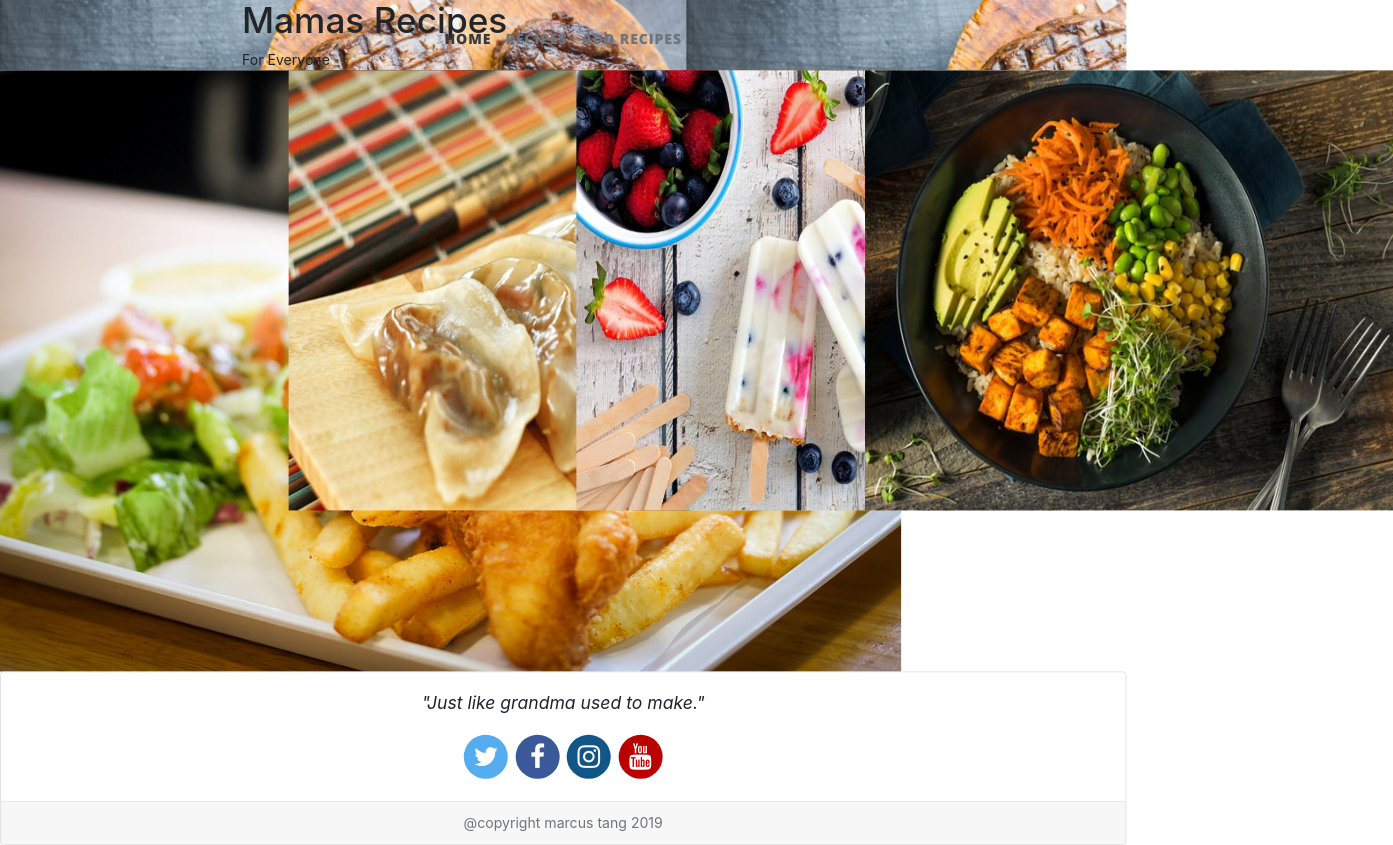
Repository: marstangg/mamasrecipes
Page: templates/index.html
The author's editor kept a record of every edit. The page is drawn from the files as they stood at one moment, then again after the next edit.
The browser window is 1280 px wide. The page is 1583 px wide, so the pictures cover 1583 px, including what lies to the right of the window. The pictures show the whole page, at 88% of full size.
Some web libraries are served in a nearby version. The template is drawn by Flask 3. The application's start-up code is not run. Other server files are loaded and not shown. The template is opened directly, without the code that normally fills it, so the values that code supplies are empty.

Above is the page before.

### templates/index.html
{% extends 'base.html' %}

{% block content %}
  <!--Page Header -->
  <header class="masthead" style="background-image: url('static/img/mamasrecipe.jpg')">
    <div class="overlay"></div>
    <div class="container">
      <div class="row">
        <div class="col-lg-8 col-md-10 mx-auto">
          <div class="site-heading">
            <h1>Mamas Recipes</h1>
            <span class="subheading">For Everyone</span>
          </div>
        </div>
      </div>
    </div>
  </header>
  <!--Listing-->
  <div class="row">
    <div class="col-3">
      <img src="static/img/western.jpg" alt="western"  height="auto">
    </div>
    <div class="col-3">
      <img src="static/img/gyoza.jpg" alt="asian" width="600" height="500">
    </div>
    <div class="col-3">
      <img src="static/img/dessert.jpg" alt="dessert"width="600" height="500">
    </div>
    <div class="col-3">
      <img src="static/img/vege.jpg" alt="veg"width="600" height="500">
    </div>
  </div>
{% endblock %}

### templates/base.html
<!doctype html>
<html lang="en">

<head>
  <!-- Required meta tags -->
  <meta charset="utf-8">
  <meta name="viewport" content="width=device-width, initial-scale=1, shrink-to-fit=no">

  <!-- Custom fonts for this template -->
  <link rel="stylesheet" href="https://cdnjs.cloudflare.com/ajax/libs/font-awesome/4.7.0/css/font-awesome.min.css">
  <link href='https://fonts.googleapis.com/css?family=Lora:400,700,400italic,700italic' rel='stylesheet' type='text/css'>
  <link href='https://fonts.googleapis.com/css?family=Open+Sans:300italic,400italic,600italic,700italic,800italic,400,300,600,700,800' rel='stylesheet' type='text/css'>

  <!-- Bootstrap CSS -->
  <link rel="stylesheet" href="https://maxcdn.bootstrapcdn.com/bootstrap/4.0.0/css/bootstrap.min.css" integrity="sha384-Gn5384xqQ1aoWXA+058RXPxPg6fy4IWvTNh0E263XmFcJlSAwiGgFAW/dAiS6JXm" crossorigin="anonymous">

  <!-- Custom styles for this template -->
  <link href="/static/css/style.css" rel="stylesheet">

  <title>Mama's Recipe | A portal for everyone to share their mama's recipes</title>
</head>

<body>
  <!-- Navigation -->
  <nav class="navbar navbar-expand-lg navbar-light fixed-top {% block navbg %} bg-transparent {% endblock %}" id="mainNav">
    <div class="container">

      <button class="navbar-toggler navbar-toggler-right text-white" type="button" data-toggle="collapse" data-target="#navbarResponsive" aria-controls="navbarResponsive" aria-expanded="false" aria-label="Toggle navigation">
        Menu
      </button> {% block navbrand %} {% endblock %}
      <div class="collapse navbar-collapse" id="navbarResponsive">
        <ul class="navbar-nav mx-auto mt-4">
          <a class="nav-item mx-2 {% block navhome %} text-dark {% endblock %}" href="{{url_for('index')}}"> Home </a>
          <a class="nav-item mx-2 {% block navrecipes %} text-secondary {% endblock %}" href="{{url_for('recipes')}}"> Recipes</a>
          <a class="nav-item mx-2 {% block navadd %} text-secondary {% endblock %}" href="{{url_for('recipe_add')}}"> Add Recipes</a>
        </ul>
      </div>
    </div>
  </nav>

  {% block content %} {% endblock %}

  <footer>
    <div class="card text-center">
      <div class="card-body">
        <!--<h5 class="card-title">""</h5>-->
        <blockquote class="blockquote">
          <p class="mb-0 font-italic">"Just like grandma used to make."</p>
        </blockquote>

        <div>
          <a href="#" class="fa fa-twitter"></a>
          <a href="#" class="fa fa-facebook"></a>
          <a href="#" class="fa fa-instagram"></a>
          <a href="#" class="fa fa-youtube"></a>
    </div>

      </div>
      <div class="card-footer text-muted">
        @copyright marcus tang 2019
      </div>
    </div>
  </footer>
  <!-- Optional JavaScript -->
  <!-- jQuery first, then Popper.js, then Bootstrap JS -->
  <script src="https://code.jquery.com/jquery-3.2.1.slim.min.js" integrity="sha384-KJ3o2DKtIkvYIK3UENzmM7KCkRr/rE9/Qpg6aAZGJwFDMVNA/GpGFF93hXpG5KkN" crossorigin="anonymous"></script>
  <script src="https://cdnjs.cloudflare.com/ajax/libs/popper.js/1.12.9/umd/popper.min.js" integrity="sha384-ApNbgh9B+Y1QKtv3Rn7W3mgPxhU9K/ScQsAP7hUibX39j7fakFPskvXusvfa0b4Q" crossorigin="anonymous"></script>
  <script src="https://maxcdn.bootstrapcdn.com/bootstrap/4.0.0/js/bootstrap.min.js" integrity="sha384-JZR6Spejh4U02d8jOt6vLEHfe/JQGiRRSQQxSfFWpi1MquVdAyjUar5+76PVCmYl" crossorigin="anonymous"></script>
</body>

</html>

Loaded but not shown: static/css/style.css (common file)

After the next edit:
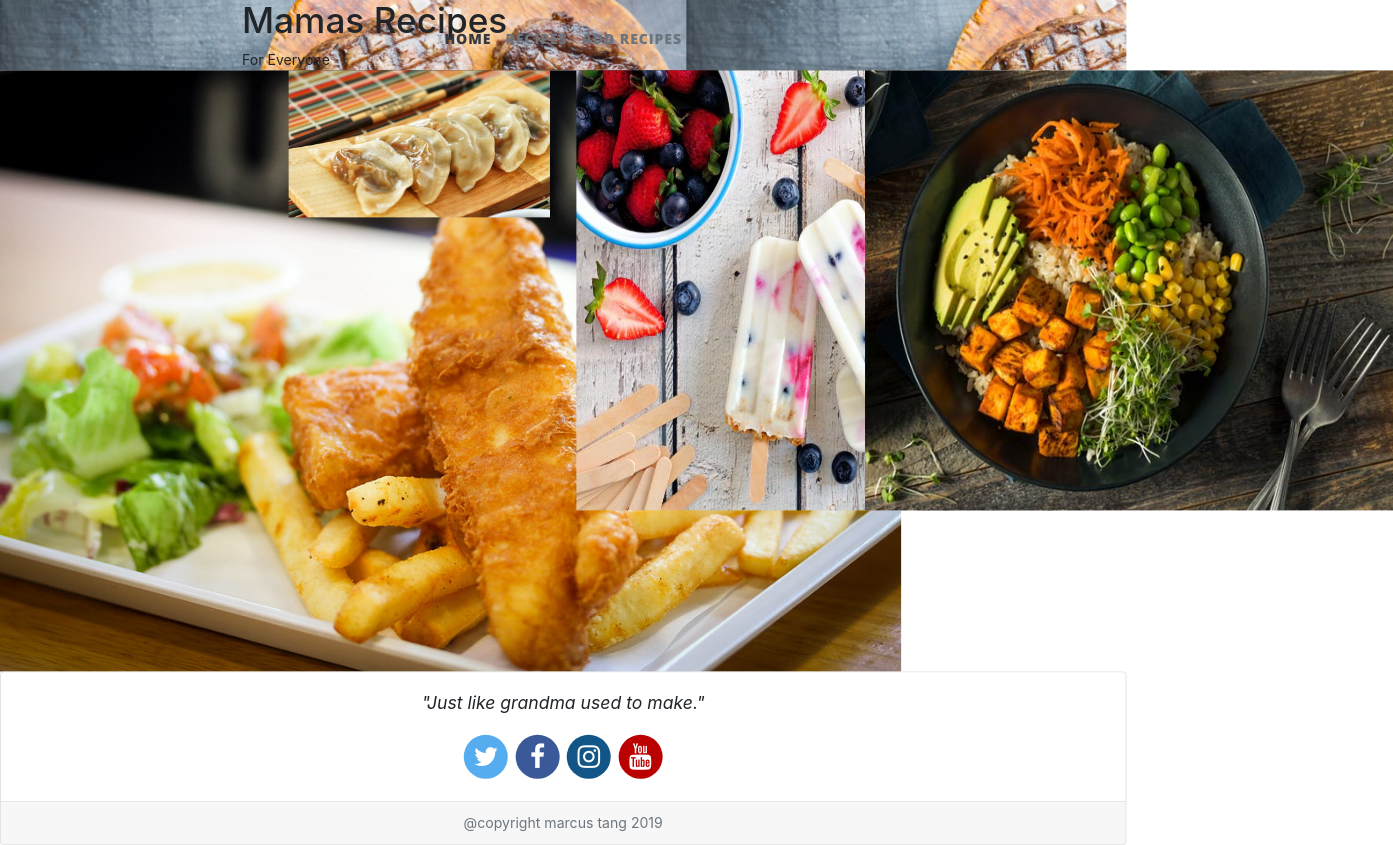
The edit:
--- a/templates/index.html
+++ b/templates/index.html
@@ -21,7 +21,7 @@
       <img src="static/img/western.jpg" alt="western"  height="auto">
     </div>
     <div class="col-3">
-      <img src="static/img/gyoza.jpg" alt="asian" width="600" height="500">
+      <img src="static/img/gyoza.jpg" alt="asian" width="100%" height="auto">
     </div>
     <div class="col-3">
       <img src="static/img/dessert.jpg" alt="dessert"width="600" height="500">
